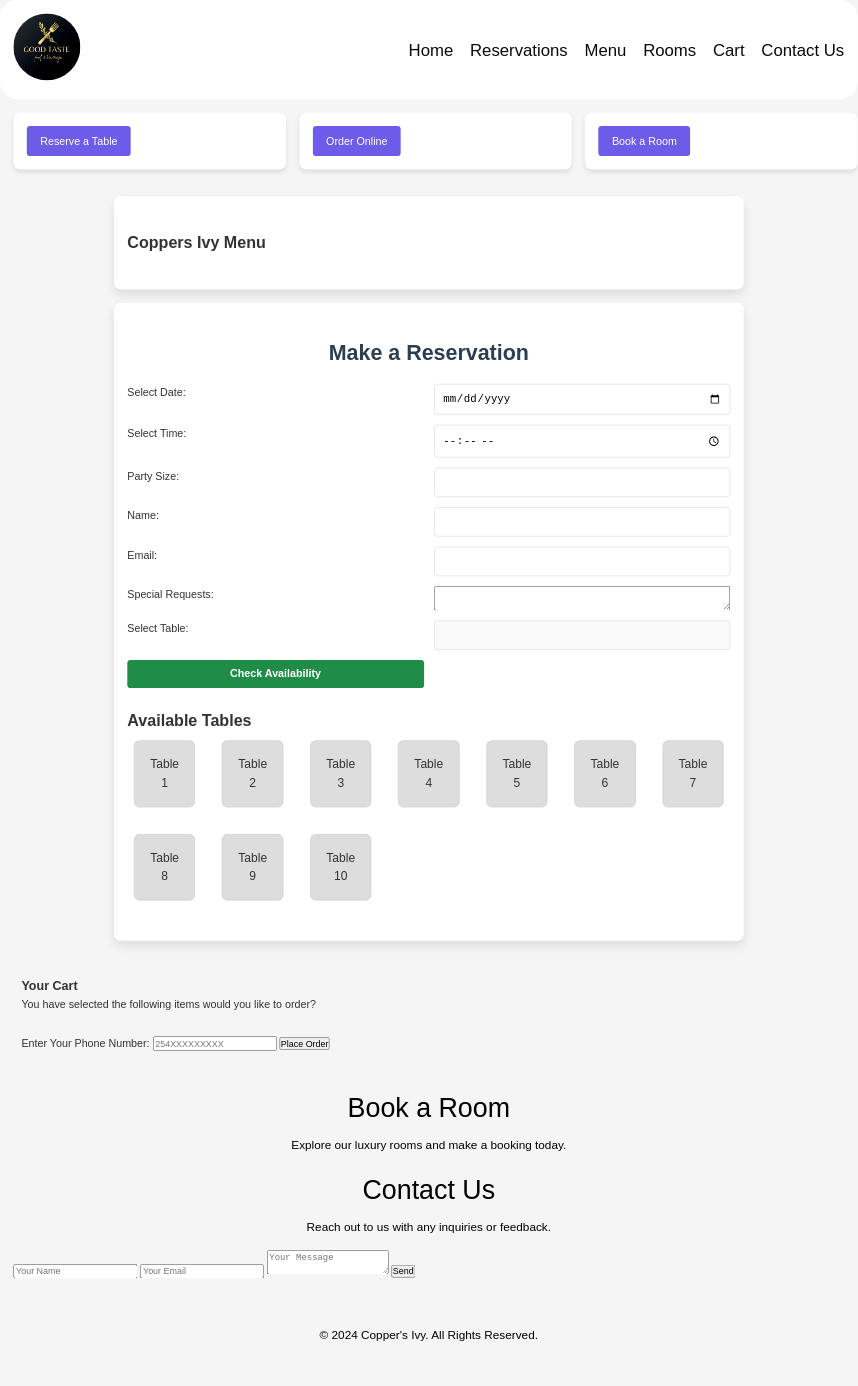
Repository: malingubarnice/Online-Reservation-System
Page: index.html
These files come from the project's save history. The page is drawn as it stood at one moment and after the next save; the edit follows.
The browser window is 1280 px wide. The pictures show the whole page, at 67% of full size.

Above is the page before, as saved 2025-02-07 18:34:08.

After the next save:
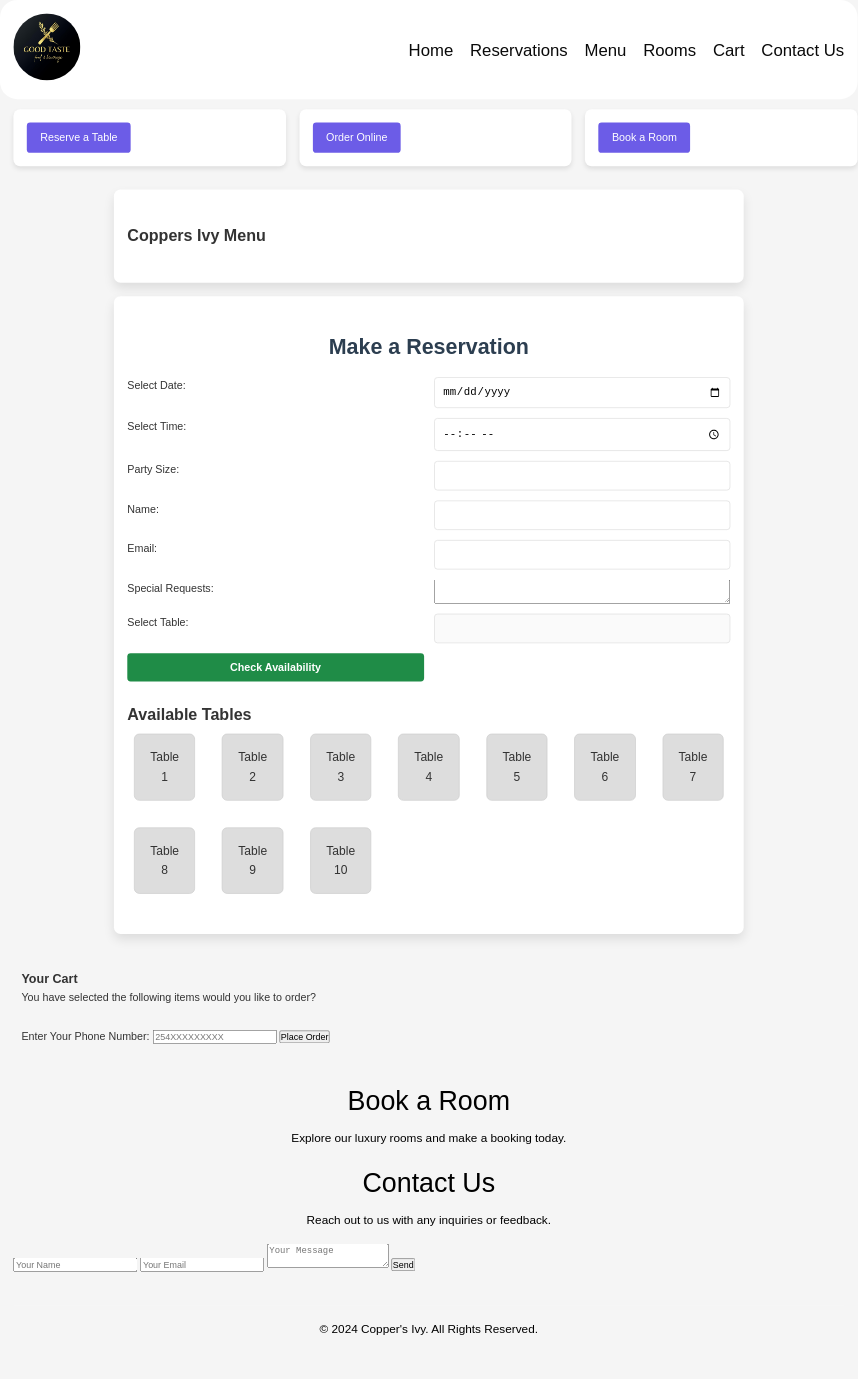
Saved 29 s later.
--- a/styles.css
+++ b/styles.css
@@ -100,8 +100,8 @@
   .feature {
     background-color: #fff;
     padding: 20px;
-    margin-bottom: 20px;
-    margin-top: 20px;
+    margin-bottom: 15px;
+    margin-top: 15px;
     box-shadow: 0 4px 8px rgba(0, 0, 0, 0.1);
     border-radius: 10px;
     flex: 1;  /* Makes each feature box take equal width */
